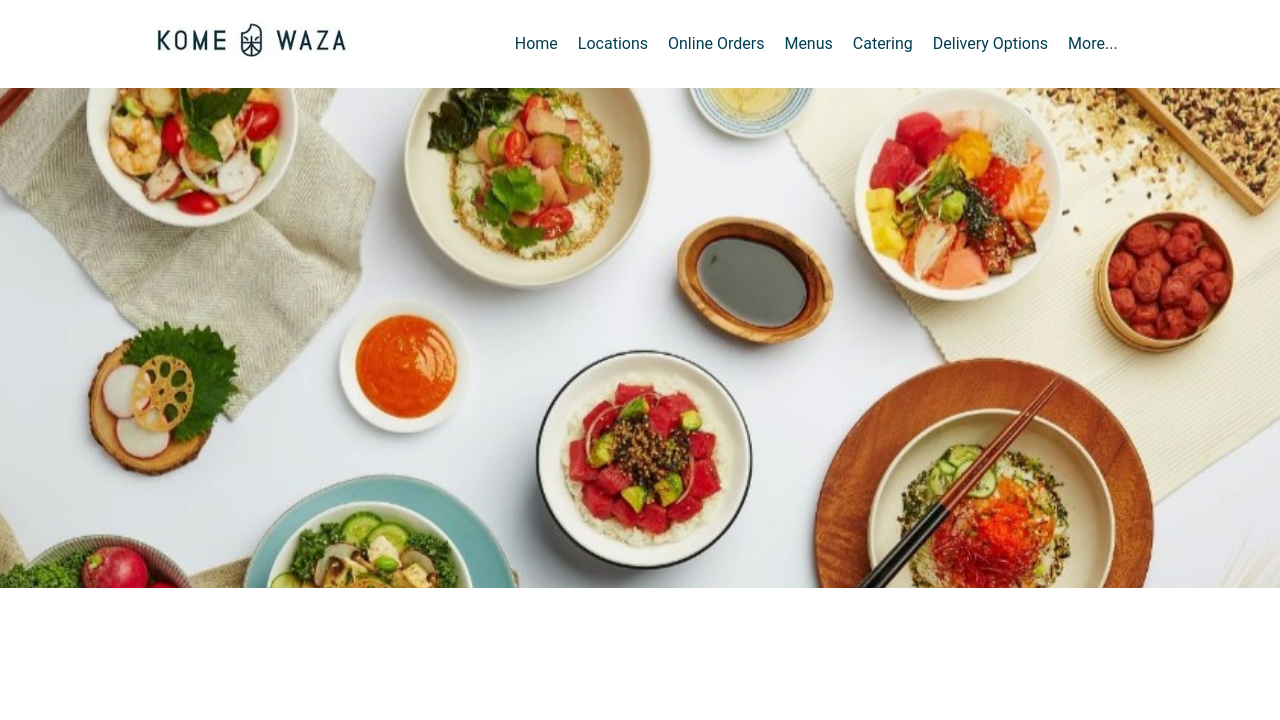
Repository: ypiard85/kome-waza
Page: index.html
The author's editor kept a copy of each file at every save. The page is drawn from the files as they stood at one save, then again after the next save.
The browser window is 1280 px wide. The pictures show the whole page.

Above is the page before, as saved 2021-02-23 09:53:50.

After the next save:
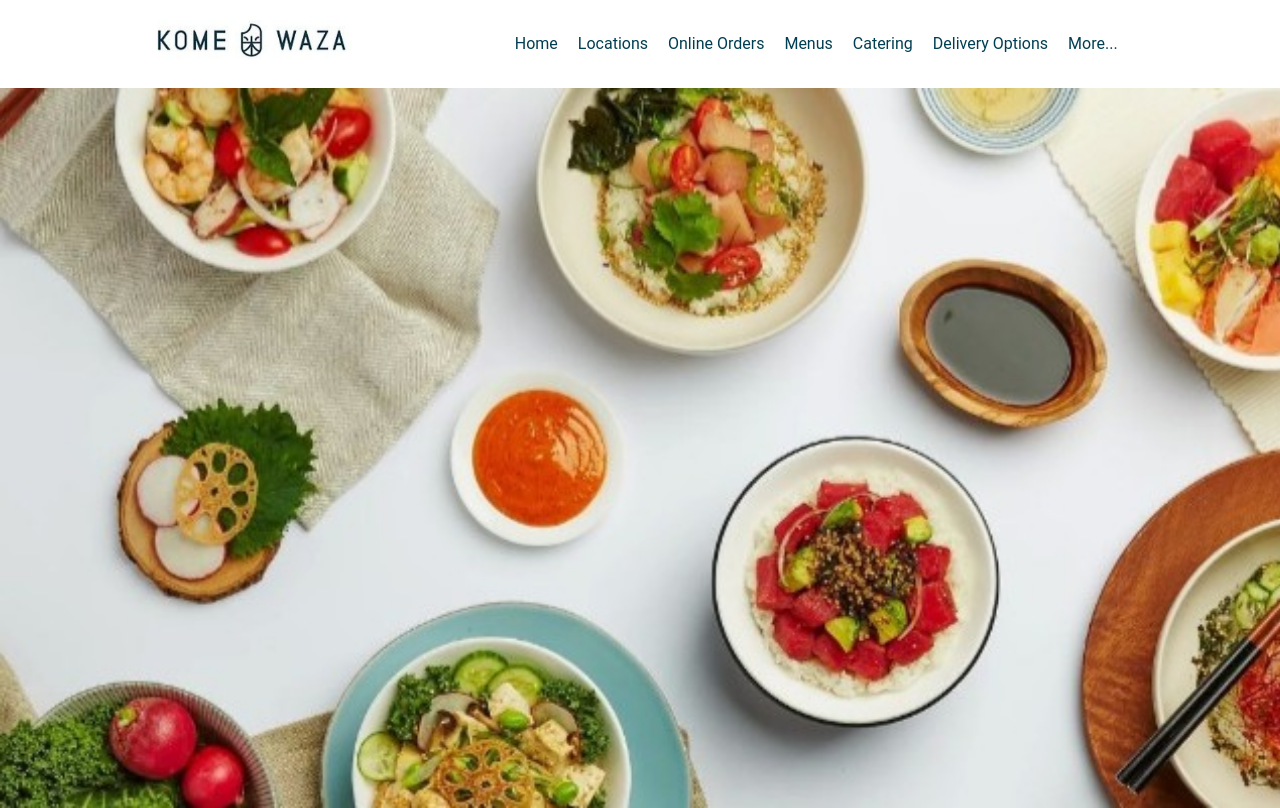
Saved 16 s later.
--- a/style.css
+++ b/style.css
@@ -43,5 +43,5 @@
 .img_fond{
     background-image: url('./image/repas.jpg');
     background-size: cover;
-    height: 500px;
+    height: 100vh;
 }

After the save that followed:
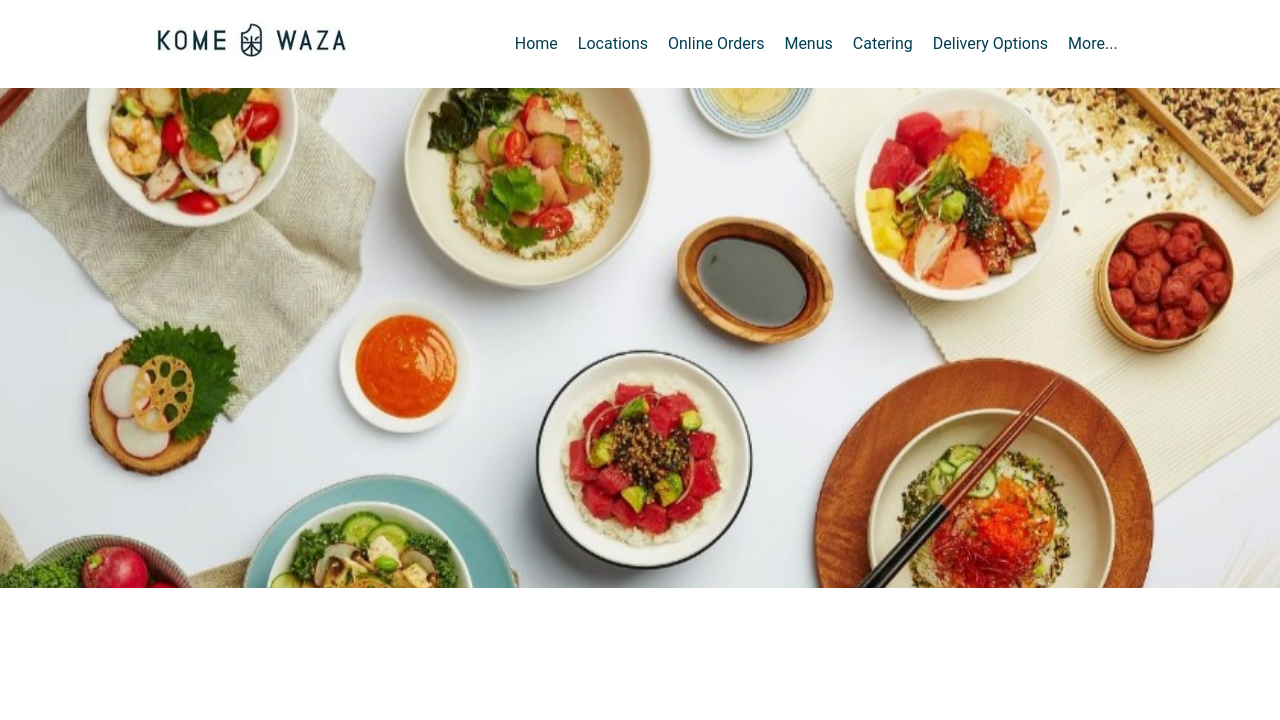
Saved 30 s later.
--- a/style.css
+++ b/style.css
@@ -43,5 +43,5 @@
 .img_fond{
     background-image: url('./image/repas.jpg');
     background-size: cover;
-    height: 100vh;
+    height: 500px;
 }
